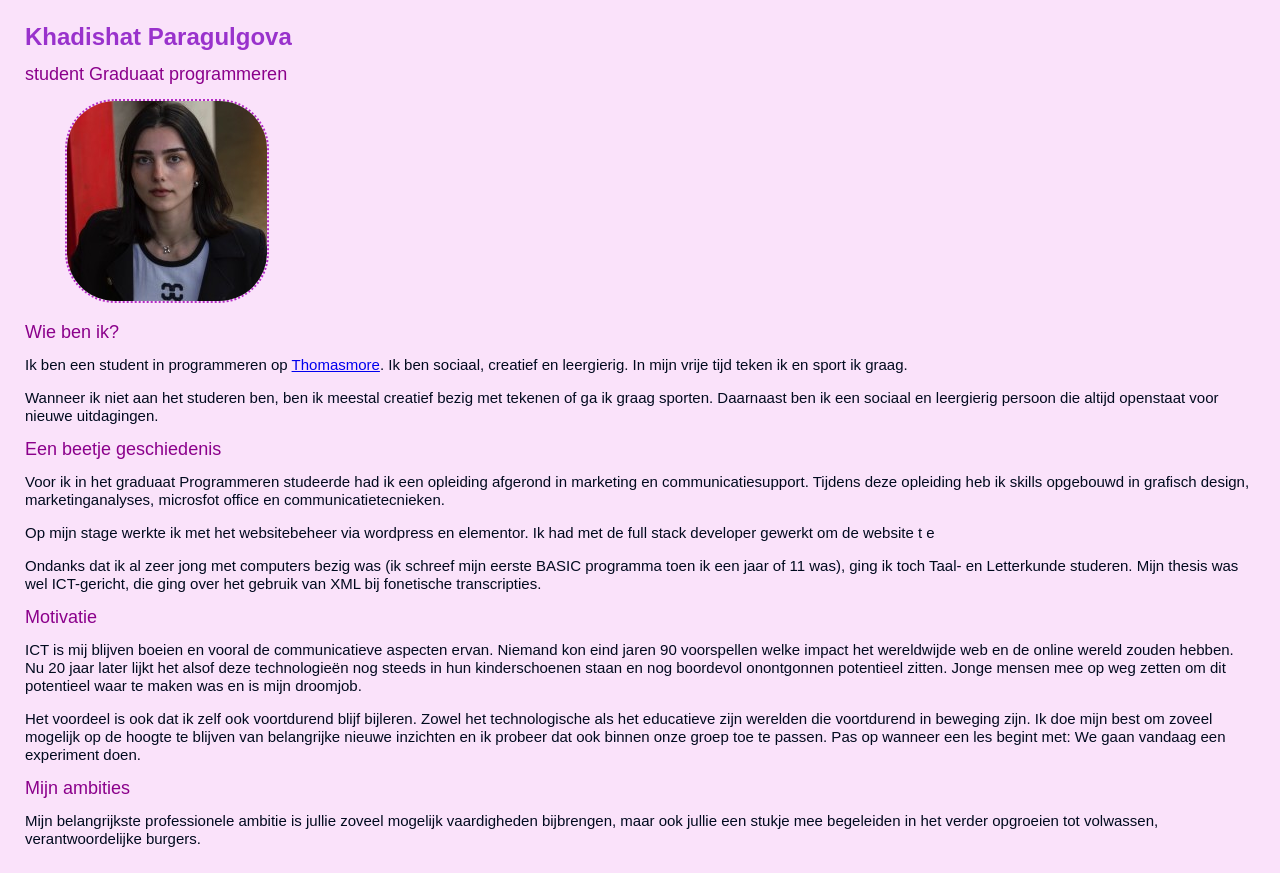
Repository: khadishat00/portfolio
Page: index.html
These files come from the project's save history. The page is drawn as it stood at one moment and after the next save; the edit follows.
The browser window is 1280 px wide. The pictures show the whole page.

Above is the page before, as saved 2026-09-24 15:12:29.

### index.html
<!doctype html>
<html lang="en">
  <head>
    <meta charset="UTF-8" />
    <meta name="viewport" content="width=device-width, initial-scale=1.0" />
    <title>portfolio</title>
  </head>
  <style>
    html {
      font-family: Arial, sans-serif;
    }
    body {
      background-color: rgba(247, 200, 246, 0.509);
      margin: 25px;
    }
    h1 {
      font-family: "Century Gothic", sans-serif;
      color: darkorchid;
      font-weight: bold;
      font-size: 24px;
      line-height: 24px;
    }
    h2 {
      font-family: sans-serif ;
      color:darkmagenta;
      font-weight: normal;
      font-size: 18px;
      line-height: 18px;
    }
    p {
      font-family: Arial, ;
      color: #000a1e;
      font-size: 15px;
      line-height: 18px;
      font-weight: normal;
      padding:;
    }

    figure {
      display: block;
      margin-block-start: 1em;
      margin-block-end: 1em;
      margin-inline-start: 40px;
      margin-inline-end: 40px;
      unicode-bidi: isolate;
    }

    img {
      max-width: 100%;
      border: 2px dotted;
      border-radius: 50px;
      border-color: rgb(181, 44, 199);

    }
  </style>

  <body>
    <header>
         <h1>Khadishat Paragulgova</h1>
      <h2>student Graduaat programmeren</h2>
      <figure>
        <img src="profielfoto.jpg" alt="Mijn profielfoto" />
      </figure>
    </header>
    <main>
     <h2>Wie ben ik?</h2>
      <p>
        Ik ben een student in programmeren op
        <a href="https://thomasmore.be/nl">Thomasmore</a>. Ik ben sociaal,
        creatief en leergierig. In mijn vrije tijd teken ik en sport ik graag.
      </p>
      <p>
        Wanneer ik niet aan het studeren ben, ben ik meestal creatief bezig met
        tekenen of ga ik graag sporten. Daarnaast ben ik een sociaal en
        leergierig persoon die altijd openstaat voor nieuwe uitdagingen.
      </p>

      <h2>Een beetje geschiedenis</h2>
      <p>
        Voor ik in het graduaat Programmeren studeerde had ik een opleiding
        afgerond in marketing en communicatiesupport. Tijdens deze opleiding heb
        ik skills opgebouwd in grafisch design, marketinganalyses, microsfot
        office en communicatietecnieken.
      </p>
      <p>
        Op mijn stage werkte ik met het websitebeheer via wordpress en
        elementor. Ik had met de full stack developer gewerkt om de website t e
      </p>
      <p>
        Ondanks dat ik al zeer jong met computers bezig was (ik schreef mijn
        eerste BASIC programma toen ik een jaar of 11 was), ging ik toch Taal-
        en Letterkunde studeren. Mijn thesis was wel ICT-gericht, die ging over
        het gebruik van XML bij fonetische transcripties.
      </p>

      <h2>Motivatie</h2>
      <p>
        ICT is mij blijven boeien en vooral de communicatieve aspecten ervan.
        Niemand kon eind jaren 90 voorspellen welke impact het wereldwijde web
        en de online wereld zouden hebben. Nu 20 jaar later lijkt het alsof deze
        technologieën nog steeds in hun kinderschoenen staan en nog boordevol
        onontgonnen potentieel zitten. Jonge mensen mee op weg zetten om dit
        potentieel waar te maken was en is mijn droomjob.
      </p>
      <p>
        Het voordeel is ook dat ik zelf ook voortdurend blijf bijleren. Zowel
        het technologische als het educatieve zijn werelden die voortdurend in
        beweging zijn. Ik doe mijn best om zoveel mogelijk op de hoogte te
        blijven van belangrijke nieuwe inzichten en ik probeer dat ook binnen
        onze groep toe te passen. Pas op wanneer een les begint met: We gaan
        vandaag een experiment doen.
      </p>

      <h2>Mijn ambities</h2>
      <p>
        Mijn belangrijkste professionele ambitie is jullie zoveel mogelijk
        vaardigheden bijbrengen, maar ook jullie een stukje mee begeleiden in
        het verder opgroeien tot volwassen, verantwoordelijke burgers.
      </p>
    </main>
  </body>
</html>

After the next save:
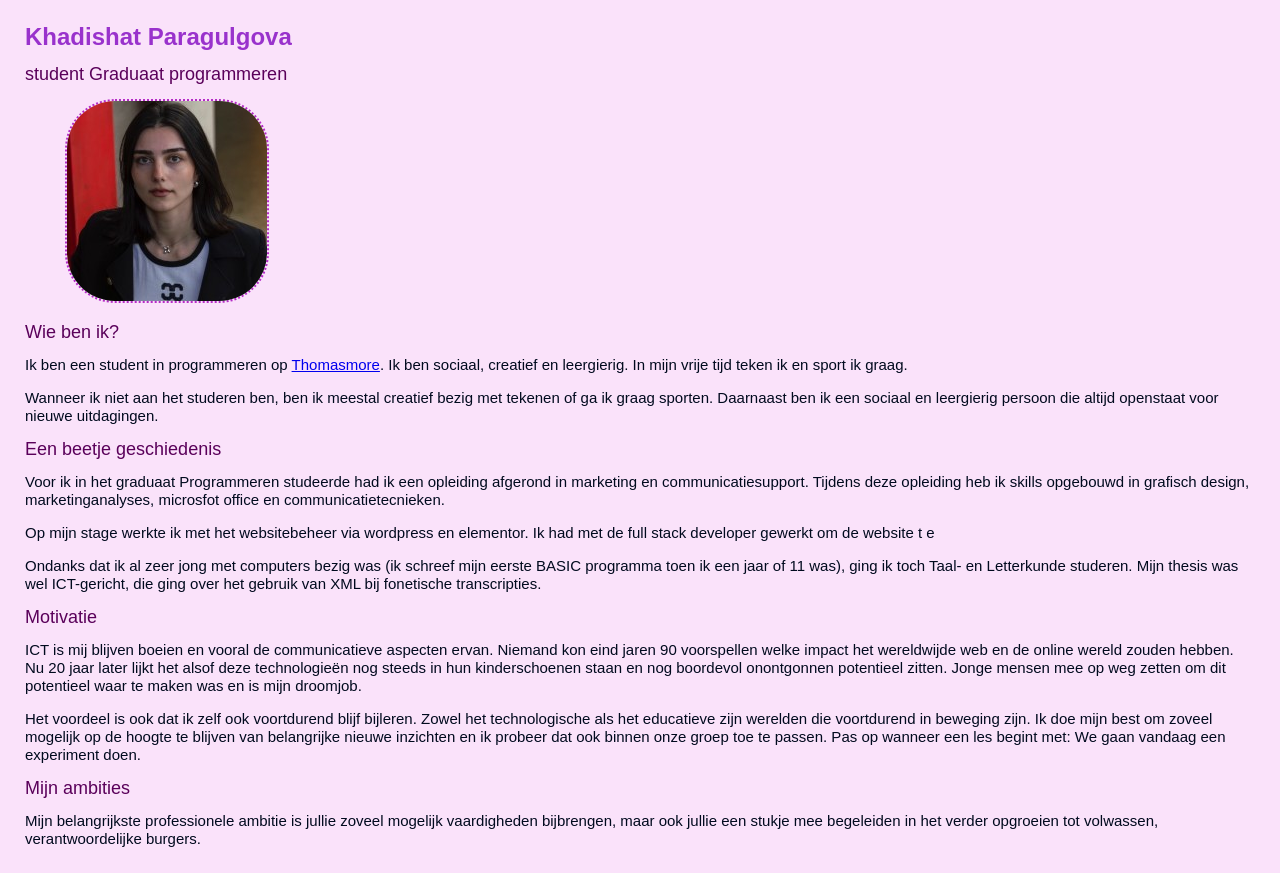
Saved 8 s later.
--- a/index.html
+++ b/index.html
@@ -22,7 +22,7 @@
     }
     h2 {
       font-family: sans-serif ;
-      color:darkmagenta;
+      color:rgb(90, 0, 90);
       font-weight: normal;
       font-size: 18px;
       line-height: 18px;
